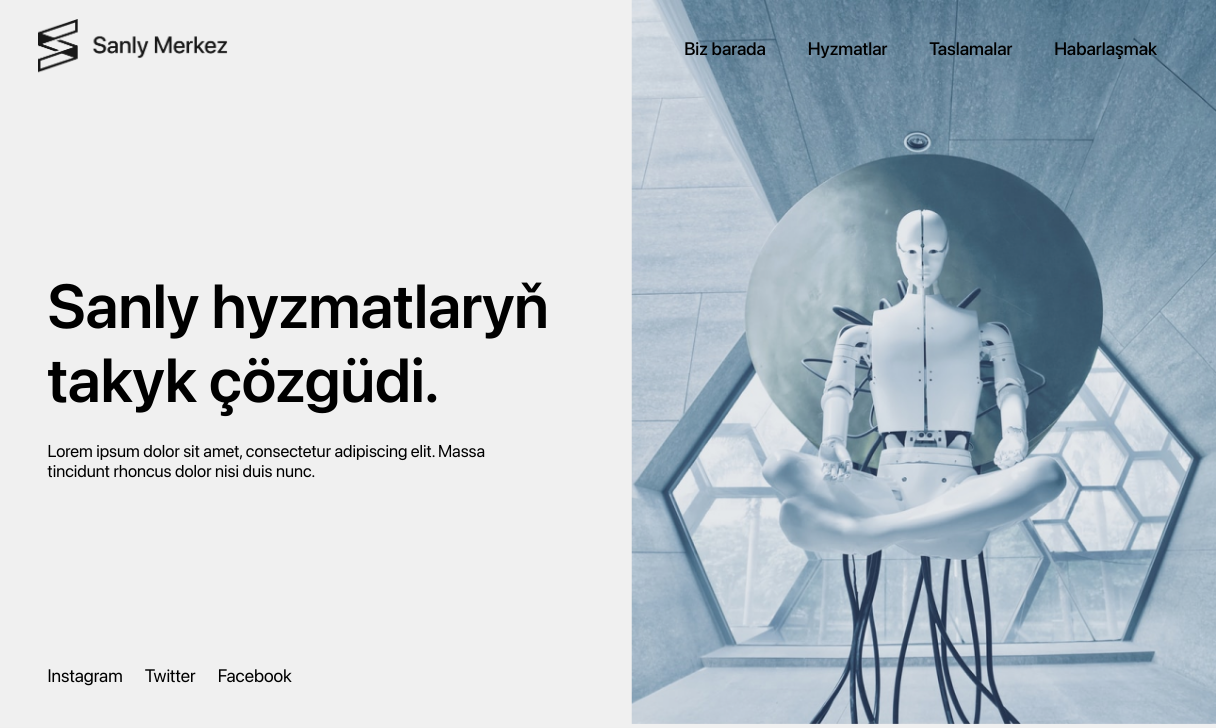
Repository: Meylis7/Sanly-Merkez-Web
Page: main.html
An editor plug-in stored every save of this project. The page is shown before and after the next save, followed by the edit.
The browser window is 1280 px wide. The pictures show the whole page, at 95% of full size.

Above is the page before, as saved 2022-04-26 19:02:48.

### main.html
<!DOCTYPE html>
<html lang="en" dir="ltr">
  <head>
    <meta charset="utf-8">
    <meta name="viewport" content="width=device-width, initial-scale=1.0">
    <title>Sanly merkez</title>
    <link rel="stylesheet" href="./css/main.css">
  </head>
  <body>
    <div class="main-container">
      <div class="header-container">
        <header>
          <a href="#" class="brand"><img src="/assets/logo.png" alt=""></a>
          <div class="menu">
            <div class="btn">
                <svg class="close-btn" xmlns="http://www.w3.org/2000/svg" aria-hidden="true" role="img" width="1em" height="1em" preserveAspectRatio="xMidYMid meet" viewBox="0 0 20 20"><path fill="currentColor" fill-rule="evenodd" d="M4.293 4.293a1 1 0 0 1 1.414 0L10 8.586l4.293-4.293a1 1 0 1 1 1.414 1.414L11.414 10l4.293 4.293a1 1 0 0 1-1.414 1.414L10 11.414l-4.293 4.293a1 1 0 0 1-1.414-1.414L8.586 10L4.293 5.707a1 1 0 0 1 0-1.414Z" clip-rule="evenodd"/></svg>
            </div>
            <a href="#">Biz barada</a>
            <a href="#">Hyzmatlar</a>
            <a href="#">Taslamalar</a>
            <a href="#">Habarlaşmak</a>
          </div>
          <div class="btn">
            <svg class="menu-btn" xmlns="http://www.w3.org/2000/svg" aria-hidden="true" role="img" width="1em" height="1em" preserveAspectRatio="xMidYMid meet" viewBox="0 0 20 20"><path fill="currentColor" fill-rule="evenodd" d="M3 5a1 1 0 0 1 1-1h12a1 1 0 1 1 0 2H4a1 1 0 0 1-1-1Zm0 5a1 1 0 0 1 1-1h12a1 1 0 1 1 0 2H4a1 1 0 0 1-1-1Zm6 5a1 1 0 0 1 1-1h6a1 1 0 1 1 0 2h-6a1 1 0 0 1-1-1Z" clip-rule="evenodd"/></svg>
          </div>
        </header>
      </div>

      <div class="home-section">
        <div class="home-container">
          <div class="home-left-content">
            <div class="home-slogan">
              <p class="slogan">Sanly hyzmatlaryň <br>
                takyk çözgüdi.</p>
                <p class="slogan-text">Lorem ipsum dolor sit amet, consectetur adipiscing elit. Massa <br> tincidunt rhoncus dolor nisi duis nunc.</p>
            </div>
            <div class="home-social-links">
              <a href="#">Instagram</a>
              <a href="#">Twitter</a>
              <a href="#">Facebook</a>
            </div>
          </div>
          <div class="home-right-content">
            <img src="./assets/mainphoto.png" alt="">
          </div>
        </div>
      </div>
      <div class="wwd-section">

      </div>

    </div>



    <script type="text/javascript">
    //javascript for navigation bar effect on scroll
    window.addEventListener("scroll", function(){
      var header = document.querySelector("header");
      header.classList.toggle('sticky', window.scrollY > 0);
    });

    //javascript for responsive navigation sidebar menu
    var menu = document.querySelector('.menu');
    var menuBtn = document.querySelector('.menu-btn');
    var closeBtn = document.querySelector('.close-btn');

    menuBtn.addEventListener("click", () => {
      menu.classList.add('active');
    });

    closeBtn.addEventListener("click", () => {
      menu.classList.remove('active');
    });
    </script>

  </body>
</html>

### css/main.css

@font-face {
  font-family: 'SF Pro Display';
  src: url('../SFProDisplay-Medium.eot');
  src: local('../SF Pro Display Medium'), local('SFProDisplay-Medium'),
      url('../SFProDisplay-Medium.eot?#iefix') format('embedded-opentype'),
      url('../SFProDisplay-Medium.woff2') format('woff2'),
      url('../SFProDisplay-Medium.woff') format('woff'),
      url('../SFProDisplay-Medium.ttf') format('truetype');
  font-weight: 500;
  font-style: normal;
}

@font-face {
  font-family: 'SF Pro Display';
  src: url('../SFProDisplay-Heavy.eot');
  src: local('../SF Pro Display Heavy'), local('SFProDisplay-Heavy'),
      url('../SFProDisplay-Heavy.eot?#iefix') format('embedded-opentype'),
      url('../SFProDisplay-Heavy.woff2') format('woff2'),
      url('../SFProDisplay-Heavy.woff') format('woff'),
      url('../SFProDisplay-Heavy.ttf') format('truetype');
  font-weight: 900;
  font-style: normal;
}

@font-face {
  font-family: 'SF Pro Display';
  src: url('../SFProDisplay-UltralightItalic.eot');
  src: local('../SF Pro Display UltralightItalic'), local('SFProDisplay-UltralightItalic'),
      url('../SFProDisplay-UltralightItalic.eot?#iefix') format('embedded-opentype'),
      url('../SFProDisplay-UltralightItalic.woff2') format('woff2'),
      url('../SFProDisplay-UltralightItalic.woff') format('woff'),
      url('../SFProDisplay-UltralightItalic.ttf') format('truetype');
  font-weight: 200;
  font-style: italic;
}

@font-face {
  font-family: 'SF Pro Display';
  src: url('../SFProDisplay-RegularItalic.eot');
  src: local('../SF Pro Display Regular Italic'), local('SFProDisplay-RegularItalic'),
      url('../SFProDisplay-RegularItalic.eot?#iefix') format('embedded-opentype'),
      url('vSFProDisplay-RegularItalic.woff2') format('woff2'),
      url('../SFProDisplay-RegularItalic.woff') format('woff'),
      url('../SFProDisplay-RegularItalic.ttf') format('truetype');
  font-weight: normal;
  font-style: italic;
}

@font-face {
  font-family: 'SF Pro Display';
  src: url('../SFProDisplay-Thin.eot');
  src: local('../SF Pro Display Thin'), local('SFProDisplay-Thin'),
      url('../SFProDisplay-Thin.eot?#iefix') format('embedded-opentype'),
      url('../SFProDisplay-Thin.woff2') format('woff2'),
      url('../SFProDisplay-Thin.woff') format('woff'),
      url('../SFProDisplay-Thin.ttf') format('truetype');
  font-weight: 100;
  font-style: normal;
}

@font-face {
  font-family: 'SF Pro Display';
  src: url('../SFProDisplay-Light.eot');
  src: local('../SF Pro Display Light'), local('SFProDisplay-Light'),
      url('../SFProDisplay-Light.eot?#iefix') format('embedded-opentype'),
      url('../SFProDisplay-Light.woff2') format('woff2'),
      url('../SFProDisplay-Light.woff') format('woff'),
      url('../SFProDisplay-Light.ttf') format('truetype');
  font-weight: 200;
  font-style: normal;
}

@font-face {
  font-family: 'SF Pro Display';
  src: url('../SFProDisplay-BlackItalic.eot');
  src: local('../SF Pro Display Black Italic'), local('SFProDisplay-BlackItalic'),
      url('../SFProDisplay-BlackItalic.eot?#iefix') format('embedded-opentype'),
      url('../SFProDisplay-BlackItalic.woff2') format('woff2'),
      url('../SFProDisplay-BlackItalic.woff') format('woff'),
      url('../SFProDisplay-BlackItalic.ttf') format('truetype');
  font-weight: 900;
  font-style: italic;
}

@font-face {
  font-family: 'SF Pro Display';
  src: url('../SFProDisplay-Bold.eot');
  src: local('../SF Pro Display Bold'), local('SFProDisplay-Bold'),
      url('../SFProDisplay-Bold.eot?#iefix') format('embedded-opentype'),
      url('../SFProDisplay-Bold.woff2') format('woff2'),
      url('../SFProDisplay-Bold.woff') format('woff'),
      url('../SFProDisplay-Bold.ttf') format('truetype');
  font-weight: bold;
  font-style: normal;
}

@font-face {
  font-family: 'SF Pro Display';
  src: url('../SFProDisplay-Black.eot');
  src: local('../SF Pro Display Black'), local('SFProDisplay-Black'),
      url('../SFProDisplay-Black.eot?#iefix') format('embedded-opentype'),
      url('../SFProDisplay-Black.woff2') format('woff2'),
      url('../SFProDisplay-Black.woff') format('woff'),
      url('../SFProDisplay-Black.ttf') format('truetype');
  font-weight: 900;
  font-style: normal;
}

@font-face {
  font-family: 'SF Pro Display';
  src: url('../SFProDisplay-SemiboldItalic.eot');
  src: local('../SF Pro Display SemiboldItalic'), local('SFProDisplay-SemiboldItalic'),
      url('../SFProDisplay-SemiboldItalic.eot?#iefix') format('embedded-opentype'),
      url('../SFProDisplay-SemiboldItalic.woff2') format('woff2'),
      url('../SFProDisplay-SemiboldItalic.woff') format('woff'),
      url('../SFProDisplay-SemiboldItalic.ttf') format('truetype');
  font-weight: 600;
  font-style: italic;
}

@font-face {
  font-family: 'SF Pro Display';
  src: url('../SFProDisplay-Ultralight.eot');
  src: local('../SF Pro Display Ultralight'), local('SFProDisplay-Ultralight'),
      url('../SFProDisplay-Ultralight.eot?#iefix') format('embedded-opentype'),
      url('../SFProDisplay-Ultralight.woff2') format('woff2'),
      url('../SFProDisplay-Ultralight.woff') format('woff'),
      url('../SFProDisplay-Ultralight.ttf') format('truetype');
  font-weight: 200;
  font-style: normal;
}

@font-face {
  font-family: 'SF Pro Display';
  src: url('../SFProDisplay-LightItalic.eot');
  src: local('../SF Pro Display LightItalic'), local('SFProDisplay-LightItalic'),
      url('../SFProDisplay-LightItalic.eot?#iefix') format('embedded-opentype'),
      url('../SFProDisplay-LightItalic.woff2') format('woff2'),
      url('../SFProDisplay-LightItalic.woff') format('woff'),
      url('../SFProDisplay-LightItalic.ttf') format('truetype');
  font-weight: 200;
  font-style: italic;
}

@font-face {
  font-family: 'SF Pro Display';
  src: url('../SFProDisplay-ThinItalic.eot');
  src: local('../SF Pro Display ThinItalic'), local('SFProDisplay-ThinItalic'),
      url('../SFProDisplay-ThinItalic.eot?#iefix') format('embedded-opentype'),
      url('../SFProDisplay-ThinItalic.woff2') format('woff2'),
      url('../SFProDisplay-ThinItalic.woff') format('woff'),
      url('../SFProDisplay-ThinItalic.ttf') format('truetype');
  font-weight: 100;
  font-style: italic;
}

@font-face {
  font-family: 'SF Pro Display';
  src: url('../SFProDisplay-MediumItalic.eot');
  src: local('../SF Pro Display MediumItalic'), local('SFProDisplay-MediumItalic'),
      url('../SFProDisplay-MediumItalic.eot?#iefix') format('embedded-opentype'),
      url('../SFProDisplay-MediumItalic.woff2') format('woff2'),
      url('../SFProDisplay-MediumItalic.woff') format('woff'),
      url('../SFProDisplay-MediumItalic.ttf') format('truetype');
  font-weight: 500;
  font-style: italic;
}

@font-face {
  font-family: 'SF Pro Display';
  src: url('../SFProDisplay-Semibold.eot');
  src: local('SF Pro Display Semibold'), local('SFProDisplay-Semibold'),
      url('../SFProDisplay-Semibold.eot?#iefix') format('embedded-opentype'),
      url('../SFProDisplay-Semibold.woff2') format('woff2'),
      url('../SFProDisplay-Semibold.woff') format('woff'),
      url('../SFProDisplay-Semibold.ttf') format('truetype');
  font-weight: 600;
  font-style: normal;
}

@font-face {
  font-family: 'SF Pro Display';
  src: url('../SFProDisplay-HeavyItalic.eot');
  src: local('../SF Pro Display HeavyItalic'), local('SFProDisplay-HeavyItalic'),
      url('../SFProDisplay-HeavyItalic.eot?#iefix') format('embedded-opentype'),
      url('../SFProDisplay-HeavyItalic.woff2') format('woff2'),
      url('../SFProDisplay-HeavyItalic.woff') format('woff'),
      url('../SFProDisplay-HeavyItalic.ttf') format('truetype');
  font-weight: 900;
  font-style: italic;
}

@font-face {
  font-family: 'SF Pro Display';
  src: url('../SFProDisplay-Regular.eot');
  src: local('../SF Pro Display Regular'), local('SFProDisplay-Regular'),
      url('../SFProDisplay-Regular.eot?#iefix') format('embedded-opentype'),
      url('../SFProDisplay-Regular.woff2') format('woff2'),
      url('../SFProDisplay-Regular.woff') format('woff'),
      url('../SFProDisplay-Regular.ttf') format('truetype');
  font-weight: normal;
  font-style: normal;
}

@font-face {
  font-family: 'SF Pro Display';
  src: url('../SFProDisplay-BoldItalic.eot');
  src: local('../SF Pro Display BoldItalic'), local('SFProDisplay-BoldItalic'),
      url('../SFProDisplay-BoldItalic.eot?#iefix') format('embedded-opentype'),
      url('../SFProDisplay-BoldItalic.woff2') format('woff2'),
      url('../SFProDisplay-BoldItalic.woff') format('woff'),
      url('../SFProDisplay-BoldItalic.ttf') format('truetype');
  font-weight: bold;
  font-style: italic;
}


*{
  margin: 0;
  padding: 0;
  box-sizing: border-box;
  font-family: "SF Pro Display";

}
a{
  text-decoration: none;
}

body{
  min-height: 100vh;
  background: #F0F0F0;
}
header{
  z-index: 999;
  position: fixed;
  top: 0;
  left: 0;
  width: 100%;
  display: flex;
  justify-content: space-between;
  align-items: center;
  padding: 20px 40px;
  transition: 0.6s;
  transform: translate(calc(50vw - 50%));
}

header.sticky{
  background: #ffffff;
  padding: 15px 50px;

}

header .brand{
  color: #fff;
  font-size: 30px;
  font-weight: 700;
  text-transform: uppercase;
  text-decoration: none;
  letter-spacing: 2px;
}

header .menu{
  position: relative;
  display: flex;
  justify-content: center;
  align-items: center;
}

header .menu a{
  color: rgb(0, 0, 0);
  font-size: 19px;
  font-weight: 500;
  text-decoration: none;
  padding: 7px 12px;
  margin: 0 10px;
  border-radius: 20px;
  transition: 0.3s;
  transition-property: color, background;
}

header .menu a:hover{
  color: #000;
  background: #fff;
}

header .btn{
  color: rgb(94, 0, 0);
  font-size: 25px;
  cursor: pointer;
  display: none;
}
/* .main-container{
    max-width: 1240px;
    height: 100%;
    margin: 0 auto;
} */
.brand{
  width: 200px;
}
.brand img{
  width: 100%;
}
.home-container{
  display: flex;
  width: 100%;

}
.home-left-content,.home-right-content{
  flex: 1;
}
.home-left-content{
  display: flex;
  flex-direction: column;
  justify-content: space-between;
  padding-left: 50px;
}
.home-right-content img{
  width: 100%;
}
.slogan{
  font-size: 65px;
  font-family: "SF Pro Display";
  font-weight: 600;
  margin-top: 46%;
  margin-bottom: 25px;
}
.slogan-text{
  font-size: 18px;
  font-family: "SF Pro Display";
}
.home-social-links{
  margin-bottom: 7%;
}
.home-social-links a {
  color: #000;
  margin-right: 20px;
  font-size: 19px;
}

@media (max-width: 1060px){
  header .btn{
    display: block;
  }

  header .menu{
    position: fixed;
    background: #ffffff;
    flex-direction: column;
    width: 100%;
    height: 100vh;
    top: 0;
    right: -100%;
    padding: 80px 50px;
    transition: 0.5s;
    transition-property: right;
  }

  header .menu.active{
    right: 0;
  }

  header .menu .close-btn{
    position: absolute;
    top: 0;
    left: 0;
    margin: 25px;
  }

  header .menu a{
    display: block;
    font-size: 20px;
    margin: 20px;
    padding: 0 15px;
  }
}

After the next save:
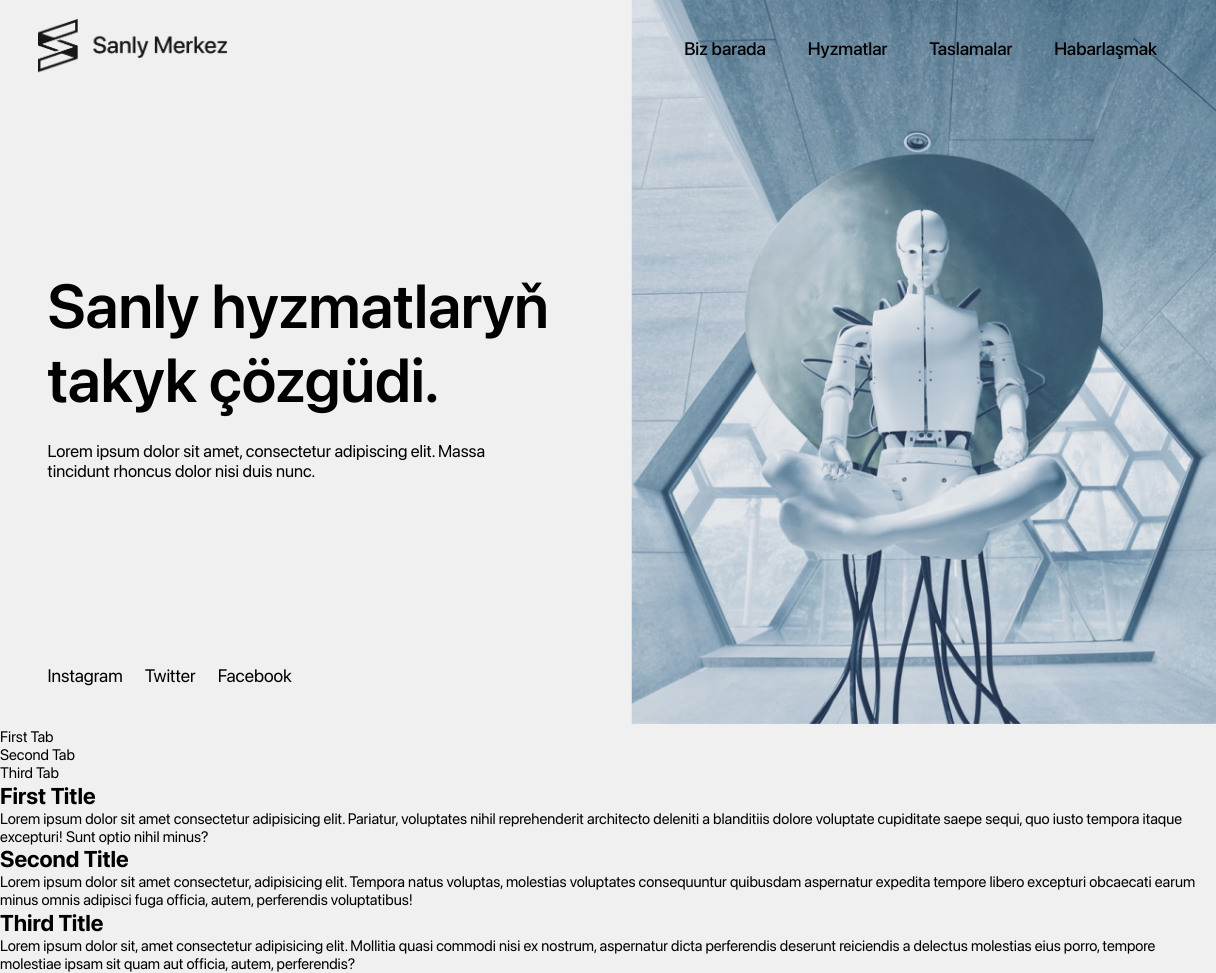
Saved 6 min 27 s later.
--- a/main.html
+++ b/main.html
@@ -46,7 +46,33 @@
         </div>
       </div>
       <div class="wwd-section">
-
+        <div class="tabs">
+          <div class="tabs__head">
+            <div class="tabs__toggle is-active">
+              <span class="tabs__name">First Tab</span>
+            </div>
+            <div class="tabs__toggle">
+              <span class="tabs__name">Second Tab</span>
+            </div>
+            <div class="tabs__toggle">
+              <span class="tabs__name">Third Tab</span>
+            </div>
+          </div>
+          <div class="tabs__body">
+            <div class="tabs__content is-active">
+              <h2 class="tabs__title">First Title</h2>
+              <p class="tabs__text">Lorem ipsum dolor sit amet consectetur adipisicing elit. Pariatur, voluptates nihil reprehenderit architecto deleniti a blanditiis dolore voluptate cupiditate saepe sequi, quo iusto tempora itaque excepturi! Sunt optio nihil minus?</p>
+            </div>
+            <div class="tabs__content">
+              <h2 class="tabs__title">Second Title</h2>
+              <p class="tabs__text">Lorem ipsum dolor sit amet consectetur, adipisicing elit. Tempora natus voluptas, molestias voluptates consequuntur quibusdam aspernatur expedita tempore libero excepturi obcaecati earum minus omnis adipisci fuga officia, autem, perferendis voluptatibus!</p>
+            </div>
+            <div class="tabs__content">
+              <h2 class="tabs__title">Third Title</h2>
+              <p class="tabs__text">Lorem ipsum dolor sit, amet consectetur adipisicing elit. Mollitia quasi commodi nisi ex nostrum, aspernatur dicta perferendis deserunt reiciendis a delectus molestias eius porro, tempore molestiae ipsam sit quam aut officia, autem, perferendis?</p>
+            </div>
+          </div>
+        </div>
       </div>
 
     </div>
